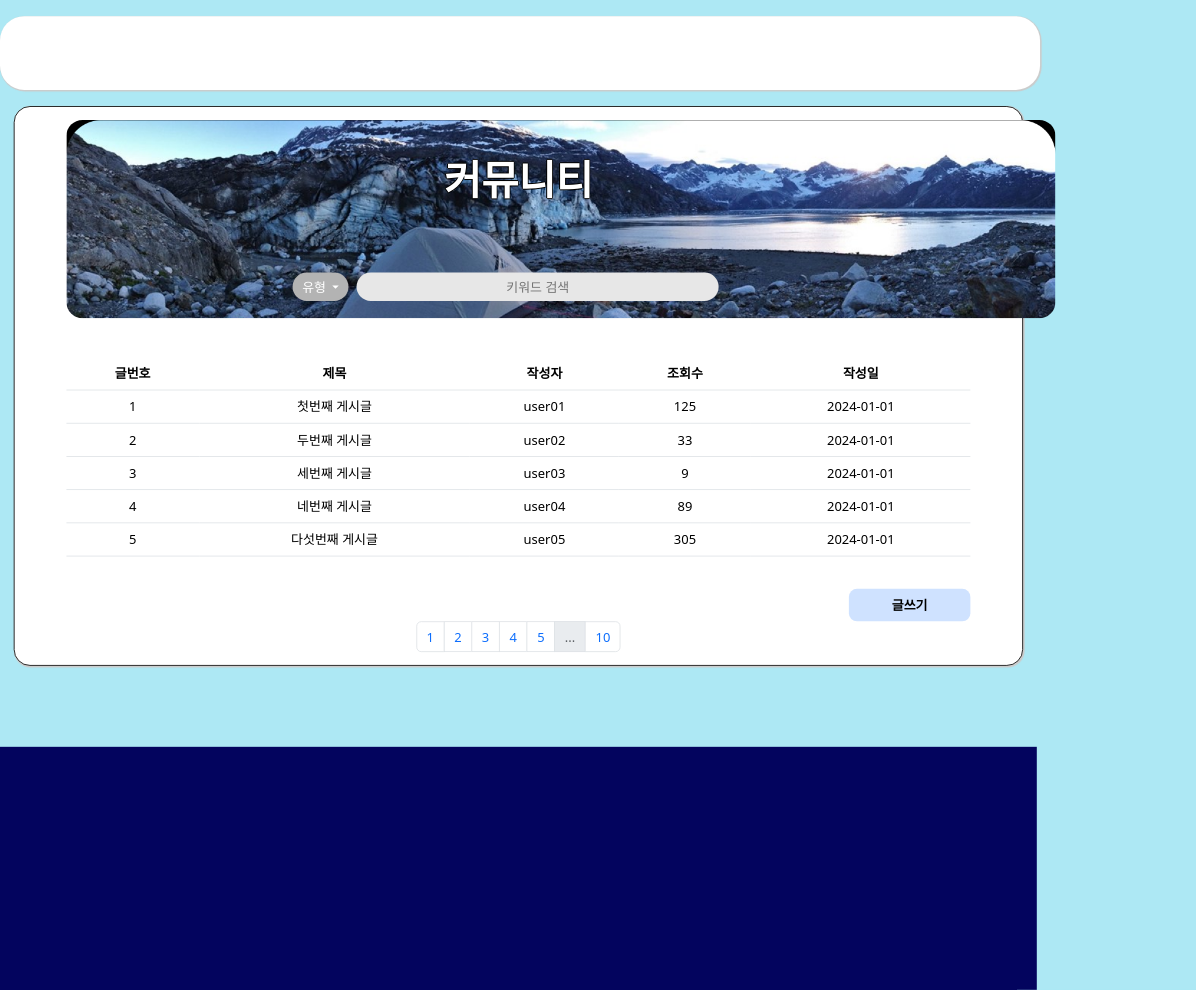
Repository: KimMJ0964/jsp
Page: http://localhost/Trafi/views/community/communityMain.jsp
The author's editor kept a copy of each file at every save. The page is drawn from the files as they stood at one save, then again after the next save.
The browser window is 1280 px wide. The page is 1477 px wide, so the pictures cover 1477 px, including what lies to the right of the window. The pictures show the whole page, at 81% of full size.
The page is served by Tomcat 9.

Above is the page before, as saved 2024-09-19 08:08:31.

### Trafi/src/main/webapp/views/community/communityMain.jsp
<%@ page language="java" contentType="text/html; charset=UTF-8"
    pageEncoding="UTF-8"%>
<!DOCTYPE html>
<html lang="ko">
<head>
    <meta charset="UTF-8">
    <meta name="viewport" content="width=device-width, initial-scale=1.0">
    <title>커뮤니티</title>

    <!-- Latest compiled and minified CSS -->
    <link href="https://cdn.jsdelivr.net/npm/bootstrap@5.3.3/dist/css/bootstrap.min.css" rel="stylesheet">

    <!-- Latest compiled JavaScript -->
    <script src="https://cdn.jsdelivr.net/npm/bootstrap@5.3.3/dist/js/bootstrap.bundle.min.js"></script>
    <style>
        body {
            margin: 0;
            padding: 0;
            background-color: #ADE8F4;
        }
        .wrap {
            width: 1246px;
            margin: auto;
            border: 1px solid black;
            border-radius: 20px;
            background-color: white;
            box-shadow: 1px 1px 1px 1px rgb(203, 203, 203);
        }
        #header, #footer, #aside {
            height: 20%;
        }
        #header {
            width: 1284px;
            height: 91px;
            background-color: white;
            border-radius: 30px;
            margin: 0 auto;
            margin-top: 20px;
            margin-bottom: 20px;
            box-shadow: 1px 1px 1px 1px rgb(203, 203, 203);
            display: flex;
            justify-content: space-between;
            align-items: center;
        }

        #header img {
            width: 100px;
        }

        #header .dropdown {
            margin-right: 10px;
        }

        #header button {
            margin-right: 10px;
            background-color: white;
            font-size: 20px;
            color: black;
            font-weight: bold;
            border-style: none;
        }

        #header > .dropdown > button {
            background-color: white;
            font-size: 20px;
            color: black;
            font-weight: bold;
        }

        #footer {
            margin-top: 100px;
            width: 100%;
            height: 300px;
            background-color: #03045E;
        }

        .main_image {
            position: relative;
        }

        .main_image_text {
            position: absolute;
            top: 30%;
            left: 50%;
            transform: translate(-50%, -50%);
            color: white;
            font-weight: 900;
            text-shadow: -1px 0px black, 0px 1px black, 1px 0px black, 0px -1px black;
            font-size:50px;
        }

        #search {
            display: flex;
            align-items: center;
            gap: 10px; /* 간격 조정 */
            margin-top: 10px;
            position: absolute;
            top: 80%;
            left: 55%;
            transform: translate( -30%, -50% );
            text-align: center;
            width: 100%;
        }

        #searchKeyword {
            background-color: rgb(231, 231, 231);
            border-radius: 40px;
            border-style: none;
            width: 40%;
            height: 35px;
            text-align: center;
        }

        .btn {
            background-color: rgb(179, 179, 179);
            border-radius: 40px;
            border-style: none;
            height: 35px;
            text-align: center;
        }

        .createBtn {
            float: right;
            border-radius: 10px;
            border-style: none;
            background-color: rgb(177, 192, 255);
            width: 90px;
            height: 35px;
            font-weight: 600;
            color: white;
        }

        .createBtn:hover {
            background-color: rgb(147, 169, 255);
        }

        .table {
            text-align: center;
        }

        th {
            background-color: #9fd7ff; /* 연한 파랑색 */
        }

        .background-img {
            width: 1221px;
            border-radius: 20px;
        }

        #createBoardBtn {
        	width: 150px;
        	border-style: none;
        	background-color: #CFE2FF;
        	border-radius: 10px;
        	font-weight: bold;
        	height: 40px;
        	left: 0px;
        	float: right;
        }

        /* 반응형 디자인 - 481px ~ 768px */
        @media (max-width: 768px) and (min-width: 481px) {
            .wrap {
                width: 100%;
                border-radius: 10px;
                box-shadow: none;
                border: none;
            }
            #header {
                width: 100%;
                height: 70px;
                margin-top: 10px;
                margin-bottom: 10px;
            }
            .main_image img {
                width: 100%;
                border-radius: 10px;
                margin-top: 20px;
            }
            .main_image_text {
                font-size: 30px;
                margin-top: 5px;
            }
            #searchKeyword {
                width: 60%;
            }
            #search {
                top: 70%;
                left: 60%;
                transform: translate(-50%, -50%);
            }
            .createBtn {
                width: 100px;
                height: 40px;
            }

            .background-img {
                width: 400px;
                border-radius: 20px;
            }
        }

        /* 모바일 화면 (최대 480px 이하) */
        @media (max-width: 480px) {
            .wrap {
                width: 100%;
                margin: 0;
                border: none;
                box-shadow: none;
                padding: 0 10px;
            }
            #header {
                width: 100%;
                height: 70px;
                margin-top: 10px;
                margin-bottom: 10px;
            }
            .main_image img {
                width: 100%;
                border-radius: 10px;
            }
            .main_image_text {
                font-size: 25px;
            }
            #searchKeyword {
                width: 80%;
            }
            #search {
                top: 90%;
                left: 50%;
                transform: translate(-50%, -50%);
            }
            .createBtn {
                width: 90px;
                height: 35px;
            }

            .background-img {
                width: 400px;
                border-radius: 20px;
            }
        }

    </style>
</head>
<body>
    <div id="header"></div>

    <div class="wrap">
        <div class="container mt-3">
            <div class="main_image">
                <img src="./img/ta.png" class="background-img">
                <h1 class="main_image_text">커뮤니티</h1>
                <div id="search">
                    <div class="dropdown">
                        <button type="button" id="dropdownMenuButton" class="btn btn-primary dropdown-toggle" data-bs-toggle="dropdown">
                            유형
                        </button>
                        <ul class="dropdown-menu" aria-labelledby="dropdownMenuButton">
                            <li><a class="dropdown-item" href="#" onclick="updateDropdownText('작성자')">작성자</a></li>
                            <li><a class="dropdown-item" href="#" onclick="updateDropdownText('제목')">제목</a></li>
                            <li><a class="dropdown-item" href="#" onclick="updateDropdownText('작성일')">작성일</a></li>
                        </ul>
                    </div>
                    <input type="text" id="searchKeyword" placeholder="키워드 검색">
                </div>
            </div>
            <br><br>
            <table class="table table-hover">
                <thead>
                    <tr>
                        <th>글번호</th>
                        <th>제목</th>
                        <th>작성자</th>
                        <th>조회수</th>
                        <th>작성일</th>
                    </tr>
                </thead>
                <tbody>
                    <tr>
                        <td>1</td>
                        <td>첫번째 게시글</td>
                        <td>user01</td>
                        <td>125</td>
                        <td>2024-01-01</td>
                    </tr>
                    <tr>
                        <td>2</td>
                        <td>두번째 게시글</td>
                        <td>user02</td>
                        <td>33</td>
                        <td>2024-01-01</td>
                    </tr>
                    <tr>
                        <td>3</td>
                        <td>세번째 게시글</td>
                        <td>user03</td>
                        <td>9</td>
                        <td>2024-01-01</td>
                    </tr>
                    <tr>
                        <td>4</td>
                        <td>네번째 게시글</td>
                        <td>user04</td>
                        <td>89</td>
                        <td>2024-01-01</td>
                    </tr>
                    <tr>
                        <td>5</td>
                        <td>다섯번째 게시글</td>
                        <td>user05</td>
                        <td>305</td>
                        <td>2024-01-01</td>
                    </tr>
                </tbody>
            </table>
            <br>
            <button id="createBoardBtn">글쓰기</button>
            <br>
            <!-- Pagination -->
            <nav aria-label="Page navigation">
                <ul class="pagination justify-content-center mt-3">
                    <li class="page-item"><a class="page-link" href="#">1</a></li>
                    <li class="page-item"><a class="page-link" href="#">2</a></li>
                    <li class="page-item"><a class="page-link" href="#">3</a></li>
                    <li class="page-item"><a class="page-link" href="#">4</a></li>
                    <li class="page-item"><a class="page-link" href="#">5</a></li>
                    <li class="page-item disabled"><a class="page-link" href="#">...</a></li>
                    <li class="page-item"><a class="page-link" href="#">10</a></li>
                </ul>
            </nav>
        </div>
    </div>

    <div id="footer"></div>
</body>
</html>

After the next save:
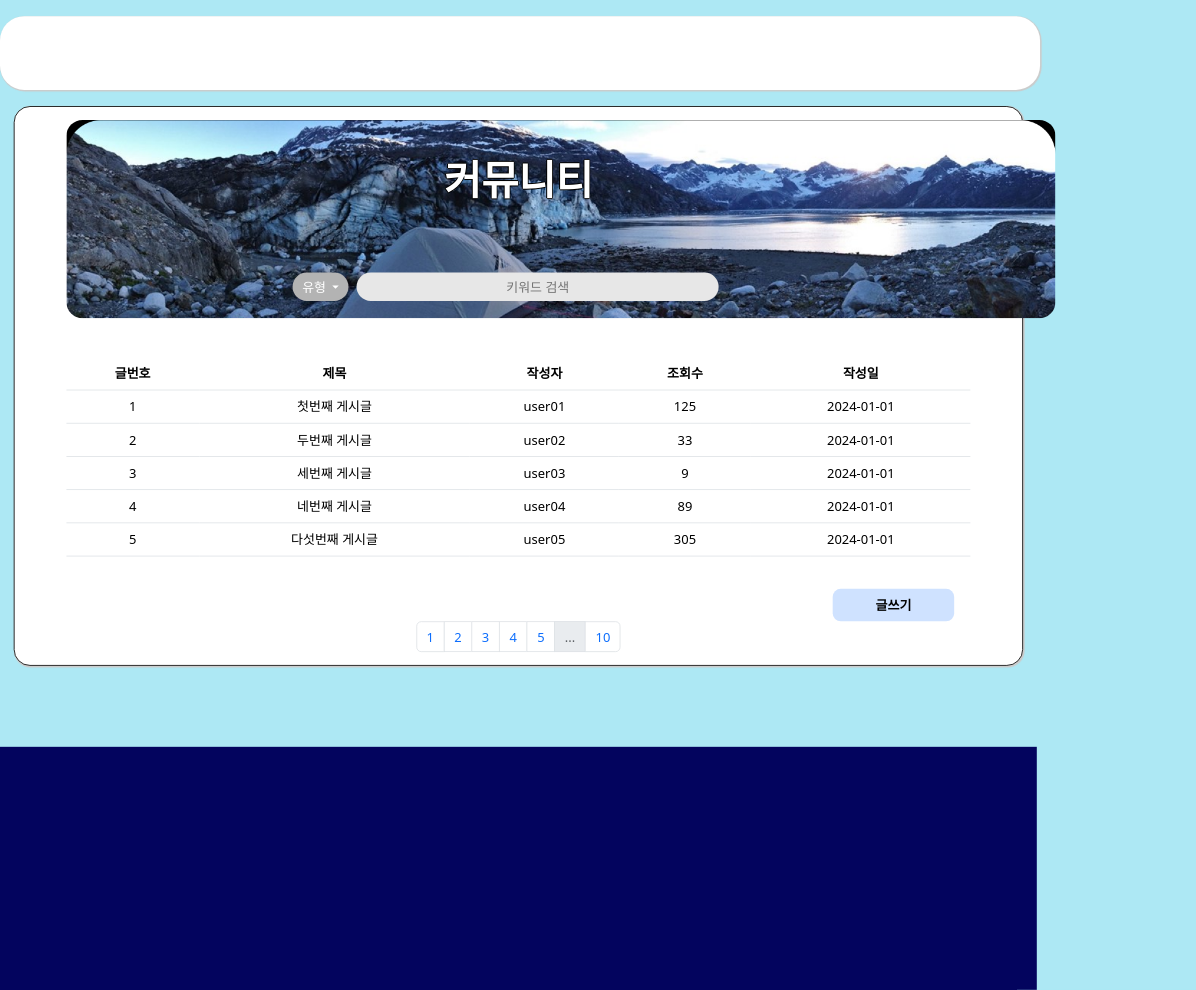
Saved 13 s later.
--- a/Trafi/src/main/webapp/views/community/communityMain.jsp
+++ b/Trafi/src/main/webapp/views/community/communityMain.jsp
@@ -156,6 +156,7 @@
         	height: 40px;
         	left: 0px;
         	float: right;
+        	margin-right: 20px;
         }
 
         /* 반응형 디자인 - 481px ~ 768px */
